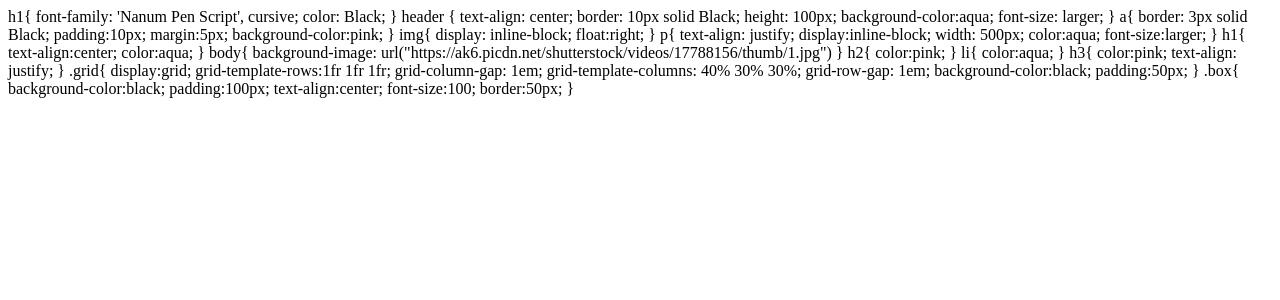
Repository: zup613/RyanKim.github.io
Page: index.html
The author's editor kept a record of every edit. The page is drawn from the files as they stood at one moment, then again after the next edit.
The browser window is 1280 px wide. The pictures show the whole page.

Above is the page before.

After the next edit:
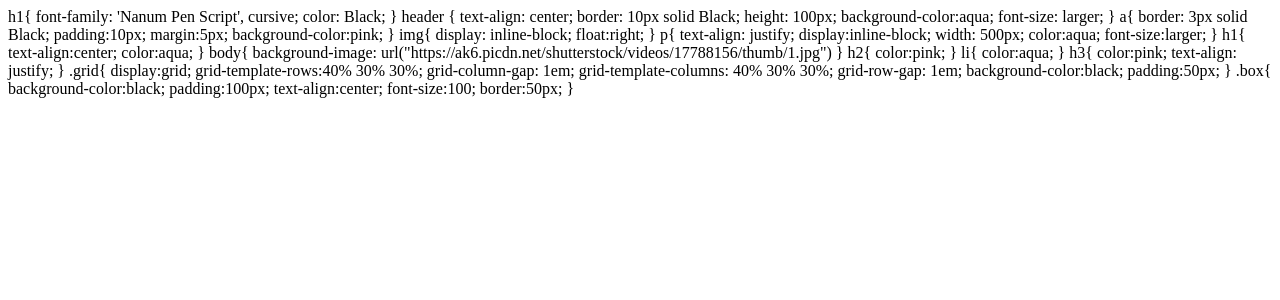
The edit:
--- a/index.html
+++ b/index.html
@@ -46,7 +46,7 @@
 }
 .grid{
     display:grid;
-    grid-template-rows:1fr 1fr 1fr;
+    grid-template-rows:40% 30% 30%;
     grid-column-gap: 1em;
     grid-template-columns: 40% 30% 30%;
     grid-row-gap: 1em;
